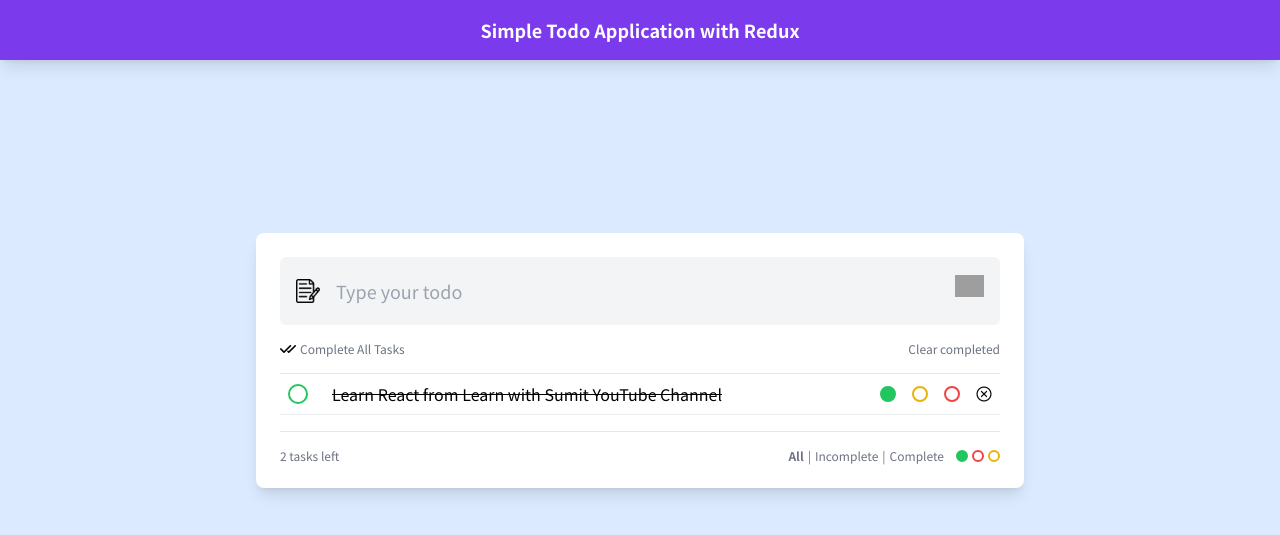
Repository: Wahid137/todo-redux
Page: /
These files come from the project's save history. The page is drawn as it stood at one moment and after the next save; the edit follows.
The browser window is 1280 px wide. The pictures show the whole page.
Pictures or frames that could not be fetched are drawn as grey boxes. Some web libraries are served in a nearby version. The project was rebuilt for these pictures with package versions that can differ from the ones it lists, and the page was loaded fresh each time. Also part of the build but not shown: vite.config.js, src/index.css.

Above is the page before, as saved 2023-11-12 19:59:33.

### index.html
<!doctype html>
<html lang="en">
  <head>
    <meta charset="UTF-8" />
    <link rel="icon" type="image/svg+xml" href="/vite.svg" />
    <meta name="viewport" content="width=device-width, initial-scale=1.0" />
    <title>Todo Application</title>
    <script src="https://cdn.tailwindcss.com"></script>
    <link rel="preconnect" href="https://fonts.googleapis.com" />
    <link rel="preconnect" href="https://fonts.gstatic.com" crossorigin />
    <link
        href="https://fonts.googleapis.com/css2?family=Noto+Sans+HK:wght@100;300;400;500;700;900&display=swap"
        rel="stylesheet"
    />

    <script>
        tailwind.config = {
            theme: {
                fontFamily: {
                    sans: ["Noto Sans HK", "sans-serif"],
                },
            },
        };
    </script>
  </head>
  <body>
    <div id="root"></div>
    <script type="module" src="/src/main.jsx"></script>
  </body>
</html>

### src/App.jsx
import Footer from "./components/Footer";
import Header from "./components/Header";
import Navbar from "./components/Navbar";
import Todo from "./components/Todo";

function App() {
  return (
    <>
      <div className="grid place-items-center bg-blue-100 h-screen px-6 font-sans">
        <Navbar />

        <div className="w-full max-w-3xl shadow-lg rounded-lg p-6 bg-white">
          <Header />

          <hr className="mt-4" />
          <Todo />
          <hr className="mt-4" />

          <Footer />
        </div>
      </div>
    </>
  );
}

export default App;

### src/components/Footer.jsx
function Footer() {
  return (
    <div className="mt-4 flex justify-between text-xs text-gray-500">
      <p>2 tasks left</p>
      <ul className="flex space-x-1 items-center text-xs">
        <li className="cursor-pointer font-bold">All</li>
        <li>|</li>
        <li className="cursor-pointer">Incomplete</li>
        <li>|</li>
        <li className="cursor-pointer">Complete</li>
        <li></li>
        <li></li>
        <li className="h-3 w-3 border-2 border-green-500 md:hover:bg-green-500 rounded-full cursor-pointer bg-green-500"></li>
        <li className="h-3 w-3 border-2 border-red-500 md:hover:bg-red-500 rounded-full cursor-pointer"></li>
        <li className="h-3 w-3 border-2 border-yellow-500 md:hover:bg-yellow-500 rounded-full cursor-pointer"></li>
      </ul>
    </div>
  );
}

export default Footer;

### src/components/Header.jsx
import tickImage from "../assets/images/double-tick.png";
import noteImage from "../assets/images/notes.png";
import plusImage from "../assets/images/plus.png";

export default function Header() {
  return (
    <div>
      <form className="flex items-center bg-gray-100 px-4 py-4 rounded-md">
        <img src={noteImage} className="w-6 h-6" alt="Add todo" />
        <input
          type="text"
          placeholder="Type your todo"
          className="w-full text-lg px-4 py-1 border-none outline-none bg-gray-100 text-gray-500"
        />
        <button
          type="submit"
          className={`appearance-none w-8 h-8 bg-[url('${plusImage}')] bg-no-repeat bg-contain`}
        ></button>
      </form>

      <ul className="flex justify-between my-4 text-xs text-gray-500">
        <li className="flex space-x-1 cursor-pointer">
          <img className="w-4 h-4" src={tickImage} alt="Complete" />
          <span>Complete All Tasks</span>
        </li>
        <li className="cursor-pointer">Clear completed</li>
      </ul>
    </div>
  );
}

### src/components/Navbar.jsx
function Navbar() {
  return (
    <div className="fixed top-0 left-0 text-center w-full header bg-violet-600 py-4 text-white font-bold text-lg shadow-lg">
      Simple Todo Application with Redux
    </div>
  );
}

export default Navbar;

### src/components/Todo.jsx
import cancelImage from "../assets/images/cancel.png";

function Todo() {
  return (
    <div className="flex justify-start items-center p-2 hover:bg-gray-100 hover:transition-all space-x-4 border-b border-gray-400/20 last:border-0">
      <div className="rounded-full bg-white border-2 border-gray-400 w-5 h-5 flex flex-shrink-0 justify-center items-center mr-2 border-green-500 focus-within:border-green-500">
        <input type="checkbox" className="opacity-0 absolute rounded-full" />
        <svg
          className="hidden fill-current w-3 h-3 text-green-500 pointer-events-none"
          viewBox="0 0 20 20"
        >
          <path d="M0 11l2-2 5 5L18 3l2 2L7 18z" />
        </svg>
      </div>

      <div className="select-none flex-1 line-through">
        Learn React from Learn with Sumit YouTube Channel
      </div>

      <div className="flex-shrink-0 h-4 w-4 rounded-full border-2 ml-auto cursor-pointer border-green-500 hover:bg-green-500 bg-green-500"></div>

      <div className="flex-shrink-0 h-4 w-4 rounded-full border-2 ml-auto cursor-pointer border-yellow-500 hover:bg-yellow-500"></div>

      <div className="flex-shrink-0 h-4 w-4 rounded-full border-2 ml-auto cursor-pointer border-red-500 hover:bg-red-500"></div>

      <img
        src={cancelImage}
        className="flex-shrink-0 w-4 h-4 ml-2 cursor-pointer"
        alt="Cancel"
      />
    </div>
  );
}

export default Todo;

### src/components/TodoList.jsx
import Todo from "./Todo";

function TodoList() {
  return (
    <div className="mt-2 text-gray-700 text-sm max-h-[300px] overflow-y-auto">
      <Todo />
    </div>
  );
}

export default TodoList;

Loaded but not shown: src/main.jsx (common file)

After the next save:
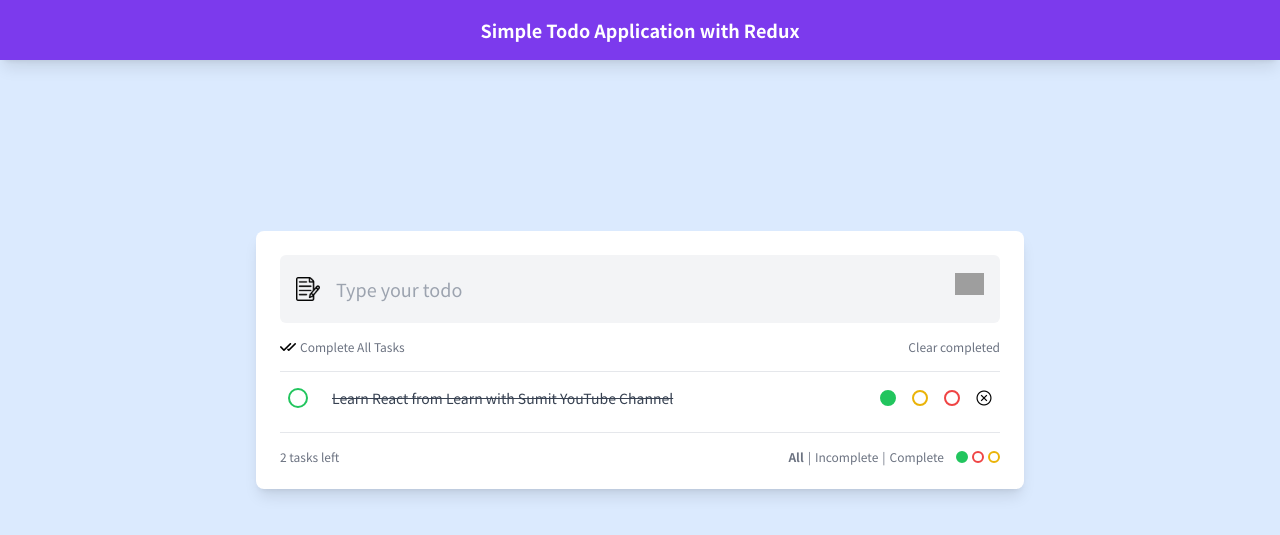
Saved 13 s later.
--- a/src/App.jsx
+++ b/src/App.jsx
@@ -2,6 +2,7 @@
 import Header from "./components/Header";
 import Navbar from "./components/Navbar";
 import Todo from "./components/Todo";
+import TodoList from "./components/TodoList";
 
 function App() {
   return (
@@ -13,7 +14,7 @@
           <Header />
 
           <hr className="mt-4" />
-          <Todo />
+          <TodoList />
           <hr className="mt-4" />
 
           <Footer />
